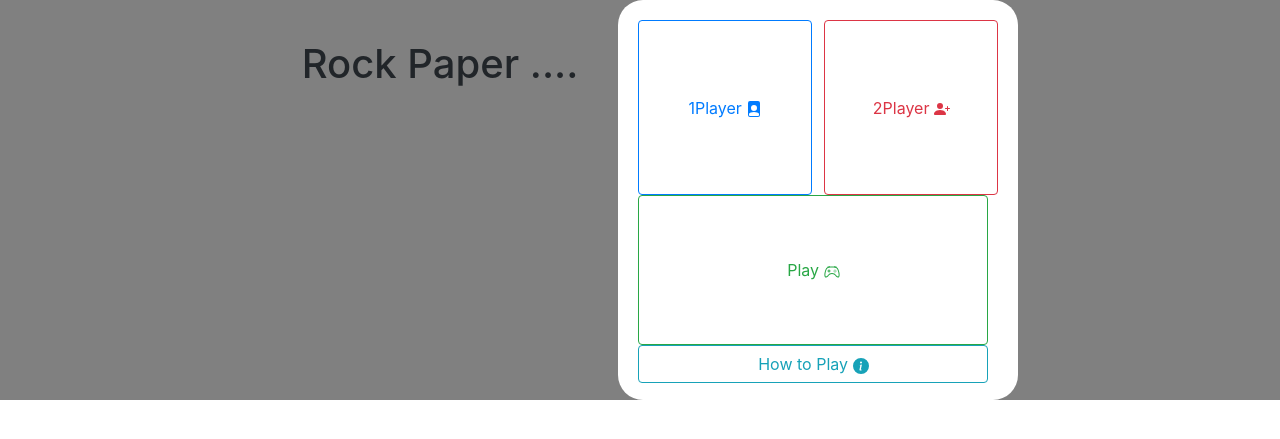
Repository: hossamsulleman1/Colllege-rock-paper-game
Page: index.html
An editor plug-in stored every save of this project. The page is shown before and after the next save, followed by the edit.
The browser window is 1280 px wide. The pictures show the whole page.

Above is the page before, as saved 2020-09-15 10:52:08.
Console error: SyntaxError: Unexpected token '<'

After the next save:
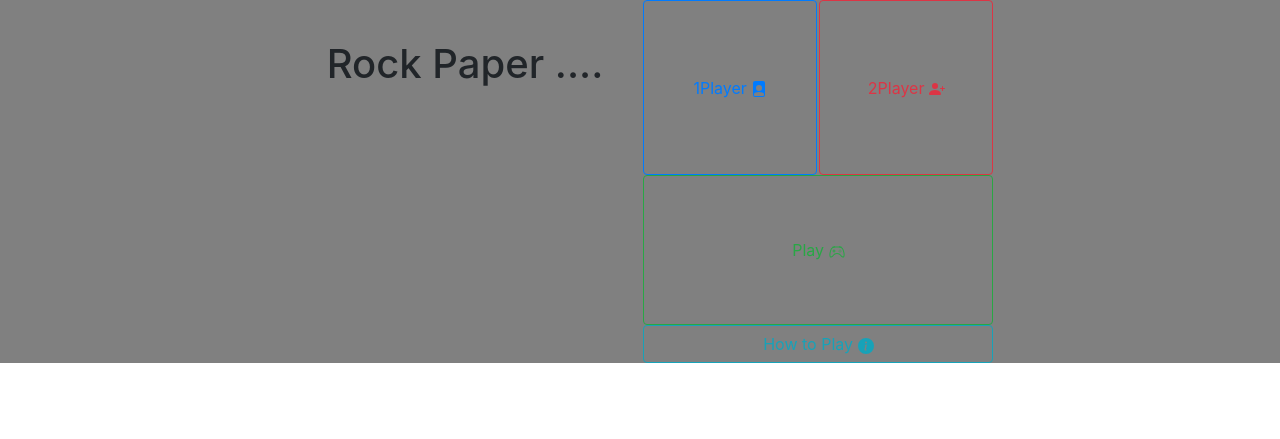
Saved 2 min 9 s later.
--- a/index.html
+++ b/index.html
@@ -11,7 +11,7 @@
 <body>
    <div class="wall">
       <h1 style="padding: 40px; text-align: center;">Rock Paper .... </h1>
-    <div class="mainCard">
+    <div class="w3-card">
 <button style="height: 175px; width: 174px; padding: 20px;" class="btn btn-outline-primary">
     1Player
     <svg width="1em" height="1em" viewBox="0 0 16 16" class="bi bi-file-person-fill" fill="currentColor" xmlns="http://www.w3.org/2000/svg">

After the save that followed:
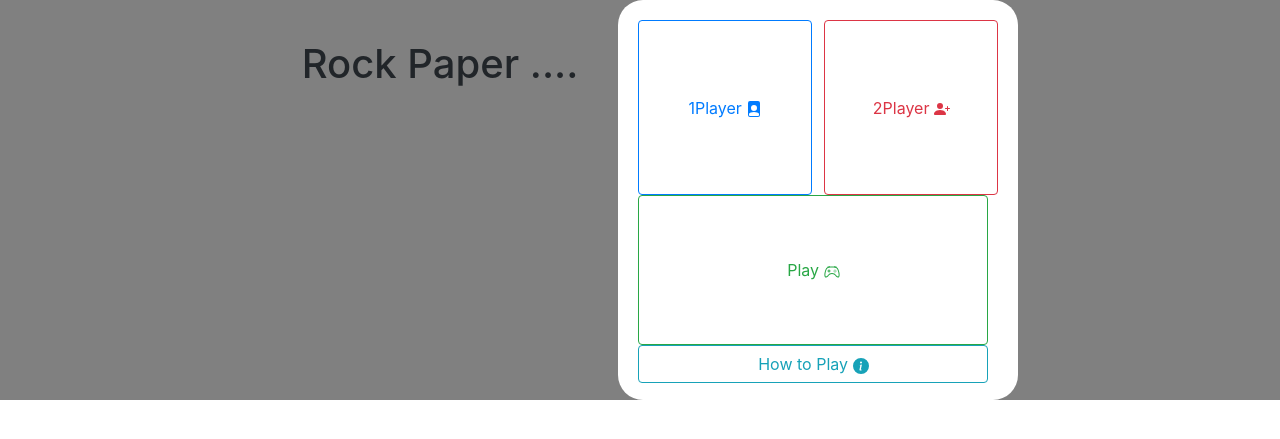
Saved 18 s later.
--- a/index.html
+++ b/index.html
@@ -11,7 +11,7 @@
 <body>
    <div class="wall">
       <h1 style="padding: 40px; text-align: center;">Rock Paper .... </h1>
-    <div class="w3-card">
+    <div class="mainCard">
 <button style="height: 175px; width: 174px; padding: 20px;" class="btn btn-outline-primary">
     1Player
     <svg width="1em" height="1em" viewBox="0 0 16 16" class="bi bi-file-person-fill" fill="currentColor" xmlns="http://www.w3.org/2000/svg">
